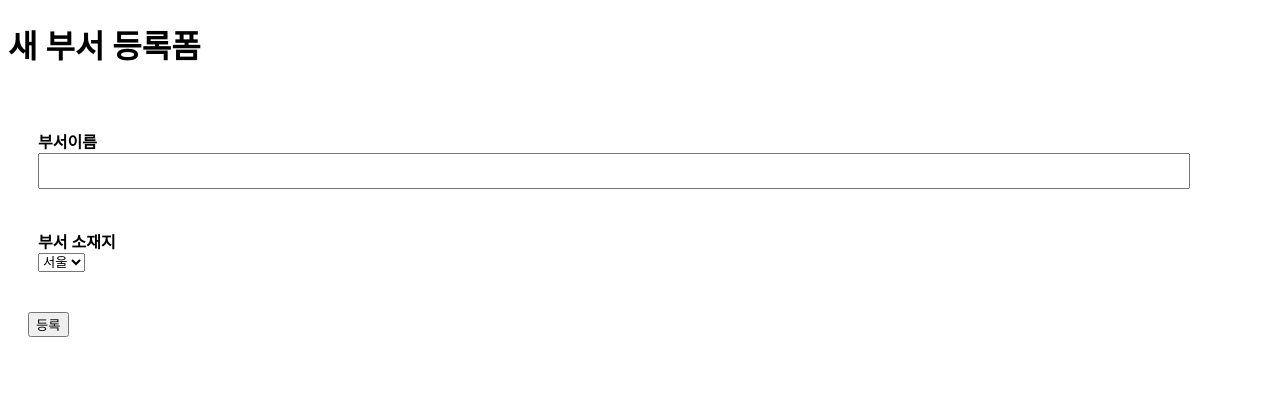
Repository: benpark0613/basic
Page: http://localhost/sample/hr/dept/form.jsp
These files come from the project's save history. The page is drawn as it stood at one moment and after the next save; the edit follows.
The browser window is 1280 px wide. The pictures show the whole page.
The page is served by Tomcat 9.

Above is the page before, as saved 2021-11-11 02:41:51.

After the next save:
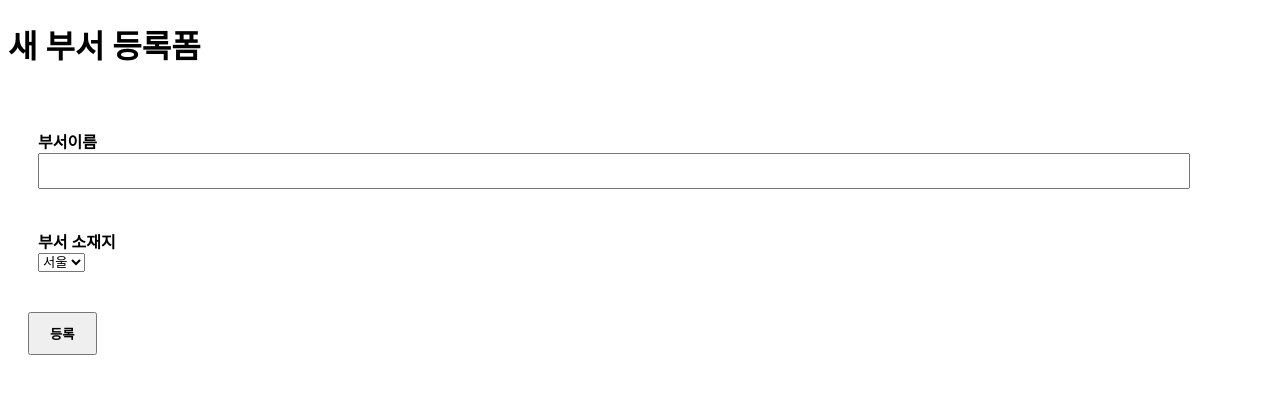
Saved 85 s later.
--- a/HR_app/sample/src/main/webapp/resources/css/style.css
+++ b/HR_app/sample/src/main/webapp/resources/css/style.css
@@ -49,4 +49,12 @@ thead th {
 	.form-group input[type='date'] {
 		height: 30px;
 		width: 95%;
-	}
+}
+
+form button,
+	form input[type='submit'],
+	form input[type='reset'],
+	form input[type='button'] {
+		padding: 10px 20px;
+		font-weight: bold;
+}
